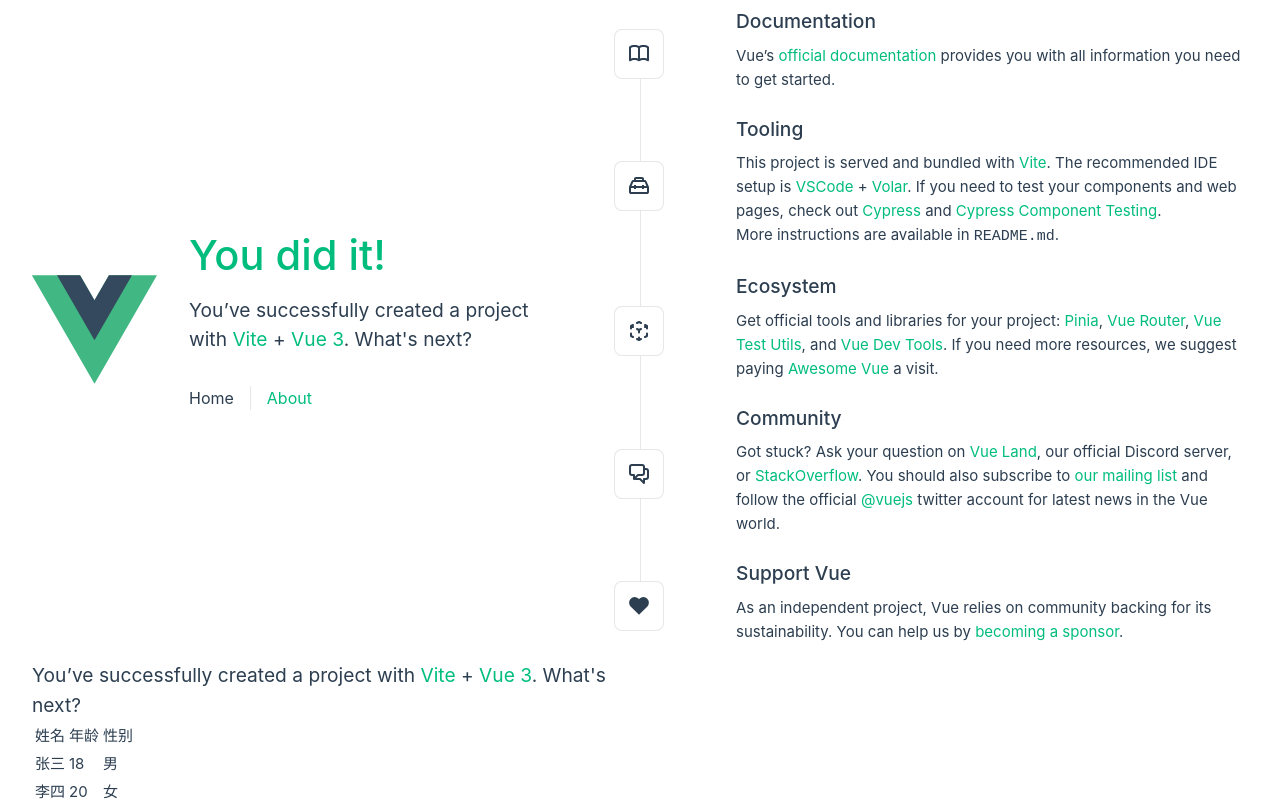
Repository: yuandinghh/vue
Page: /
The author's editor kept a copy of each file at every save. The page is drawn from the files as they stood at one save, then again after the next save.
The browser window is 1280 px wide. The pictures show the whole page.
The project was rebuilt for these pictures with package versions that can differ from the ones it lists, and the page was loaded fresh each time. Also part of the build but not shown: vite.config.ts.

Above is the page before, as saved 2023-03-21 23:20:56.

After the next save:
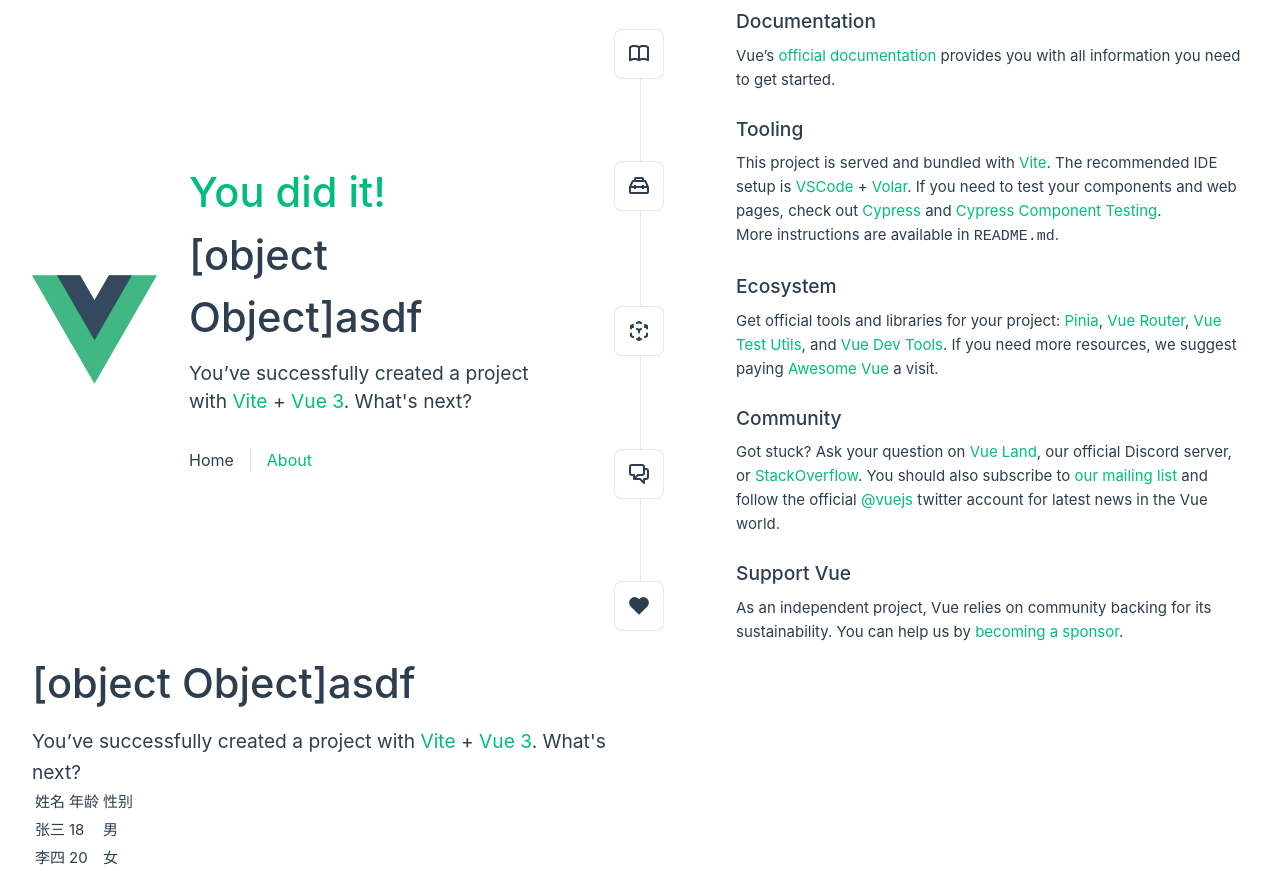
Saved 11 s later.
--- a/src/components/HelloWorld.vue
+++ b/src/components/HelloWorld.vue
@@ -15,6 +15,7 @@
 <template>
   <div class="greetings">
     <h1 class="green">{{ msg }}</h1>
+    <h1>{{mes}}</h1>
     <h3>
       You’ve successfully created a project with
       <a href="https://vitejs.dev/" target="_blank" rel="noopener">Vite</a> +
